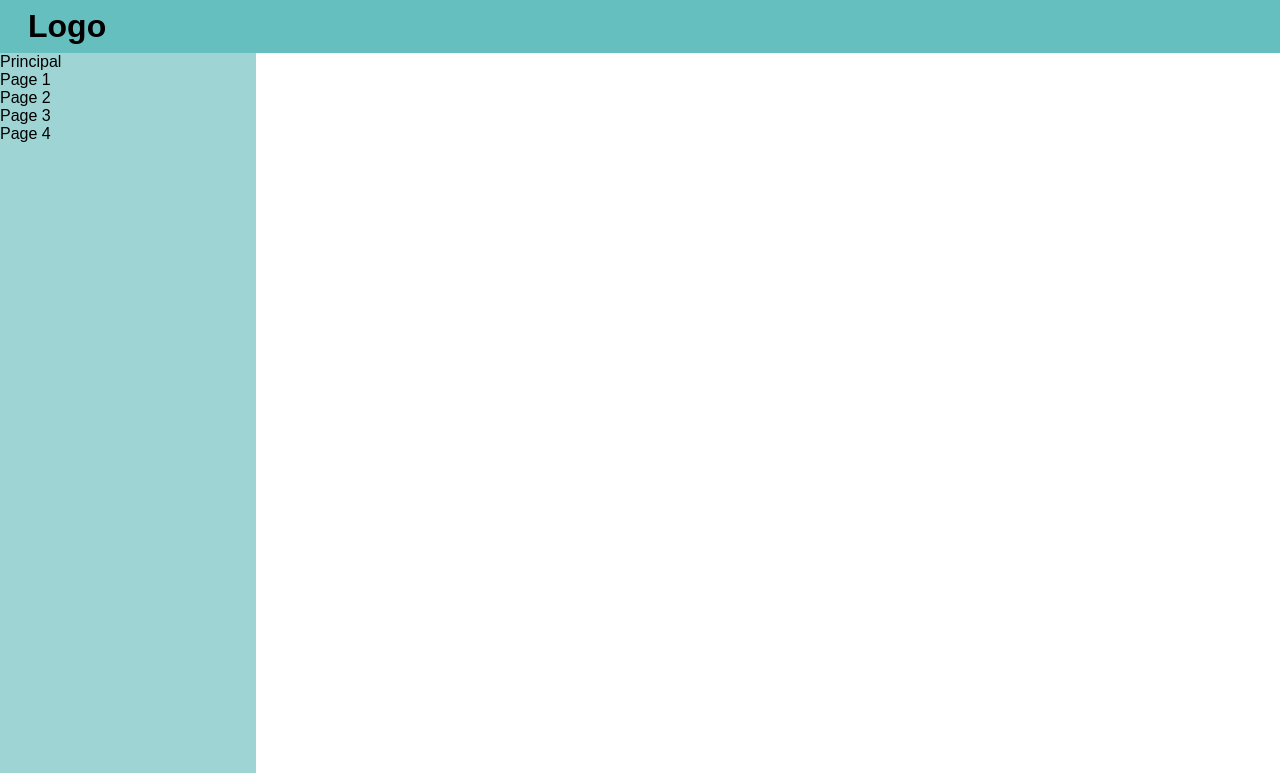
Repository: mateus-henrique-silva/Dashboard-pixel-facebook-react
Page: / (app in dashboard-pixel/)
These files come from the project's save history. The page is drawn as it stood at one moment and after a run of saves; the edit follows.
The browser window is 1280 px wide. The pictures show the whole page.
The project was rebuilt for these pictures with package versions that can differ from the ones it lists, and the page was loaded fresh each time.

Above is the page before, as saved 2022-07-07 17:33:25.

### dashboard-pixel/src/index.js
import React from "react";
import ReactDOM from "react-dom/client";

import App from "./App";
import reportWebVitals from "./reportWebVitals";

const root = ReactDOM.createRoot(document.getElementById("root"));
root.render(
  <React.StrictMode>
    <App />
  </React.StrictMode>
);

reportWebVitals();

### dashboard-pixel/src/App.jsx
import React from "react";
import Main from "./Components/MainPage/Main";



function App() {
  return (
    <div >
        <Main/>


    </div>
  );
}

export default App;

### dashboard-pixel/src/Components/MainPage/Main.jsx
import React from 'react'
import './Main.css'
import Header from '../Header/Header'
import SideBar from "../SideBar/SideBar"

const Main = () => {
  return (
    <div className="Main">
        <Header/>
        <SideBar/>
    </div>
  )
}

export default Main

### dashboard-pixel/src/Components/MainPage/Main.css
* {
  border: 0;
  margin: 0;
  font-family: sans-serif;
}

.Main {
  width: 100%;
  height: 100vh;
}
.startHeader{
    width: 100%;
    display: flex;
    justify-content: center;
}

### dashboard-pixel/src/Components/Header/Header.jsx
import React from 'react'
import "./Header.css"

const Header = () => {
  return (
    <div className="startHeader">

        <div className="Header">
            <h1>Logo</h1>
        </div>

    </div>
  )
}

export default Header

### dashboard-pixel/src/Components/SideBar/SideBar.jsx
import React from "react";
import "./SideBar.css";

const SideBar = () => {
  return (
    <div>
      <div className="div-sidebar">
        <div className="Menu-tag">
          <div>Principal</div>
          <div>Page 1</div>
          <div>Page 2</div>
          <div>Page 3</div>
          <div>Page 4</div>
        </div>
      </div>
    </div>
  );
};

export default SideBar;

### dashboard-pixel/src/Components/Header/Header.css
.Header{
    width: 99vw;
    padding: 0.5em 0.5em ;
    background-color:#66BFBF;
    display:flex;
    align-items:center;



}

.Header h1{
    margin-left: 20px;
}

### dashboard-pixel/src/Components/SideBar/SideBar.css
.div-sidebar{
    height:100vh;
    width:20vw;
    background-color:#9fd4d4;
    display:grid;


}

.Menu-tag{
    height:100%;
    justify-content: space-evenly;


}

Loaded but not shown: dashboard-pixel/public/index.html (common file); dashboard-pixel/src/reportWebVitals.js (common file)

After the next 2 saves:
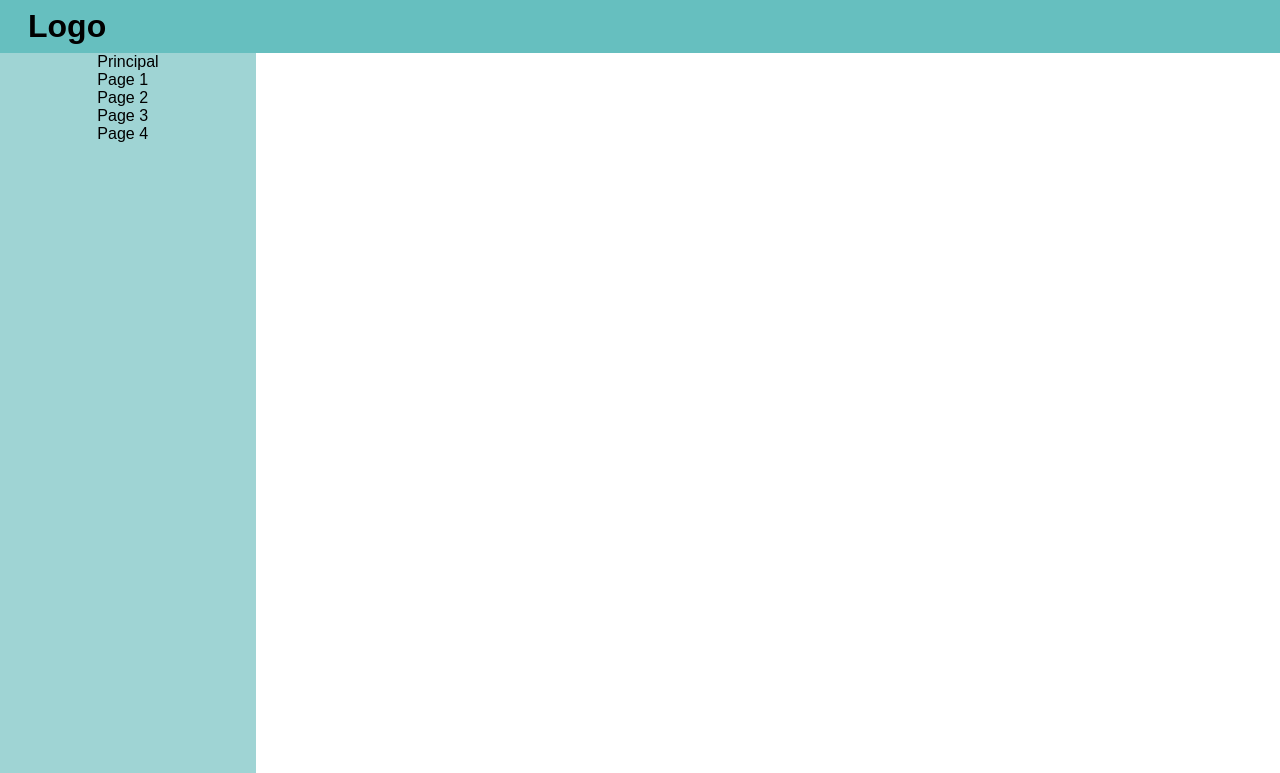
The 2 saves are shown as one change because they came seconds apart.
The last was saved 9 s later.
--- a/dashboard-pixel/src/Components/SideBar/SideBar.css
+++ b/dashboard-pixel/src/Components/SideBar/SideBar.css
@@ -3,13 +3,14 @@
     width:20vw;
     background-color:#9fd4d4;
     display:grid;
+    justify-content: space-evenly;
 
 
 }
 
 .Menu-tag{
     height:100%;
-    justify-content: space-evenly;
+
 
 
 }

After the 2 saves that followed:
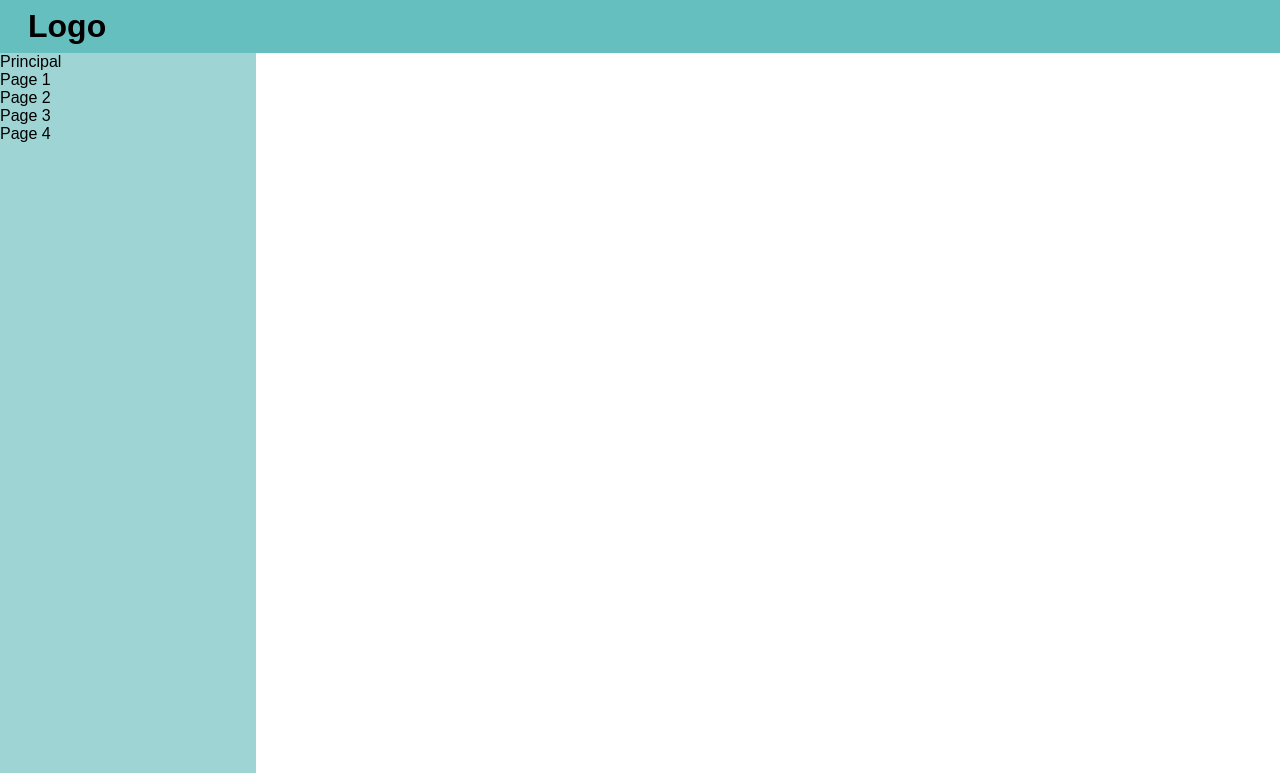
The 2 saves are shown as one change because 1 left the picture as it was.
The last was saved 20 s later.
--- a/dashboard-pixel/src/Components/SideBar/SideBar.css
+++ b/dashboard-pixel/src/Components/SideBar/SideBar.css
@@ -3,7 +3,7 @@
     width:20vw;
     background-color:#9fd4d4;
     display:grid;
-    justify-content: space-evenly;
+
 
 
 }
